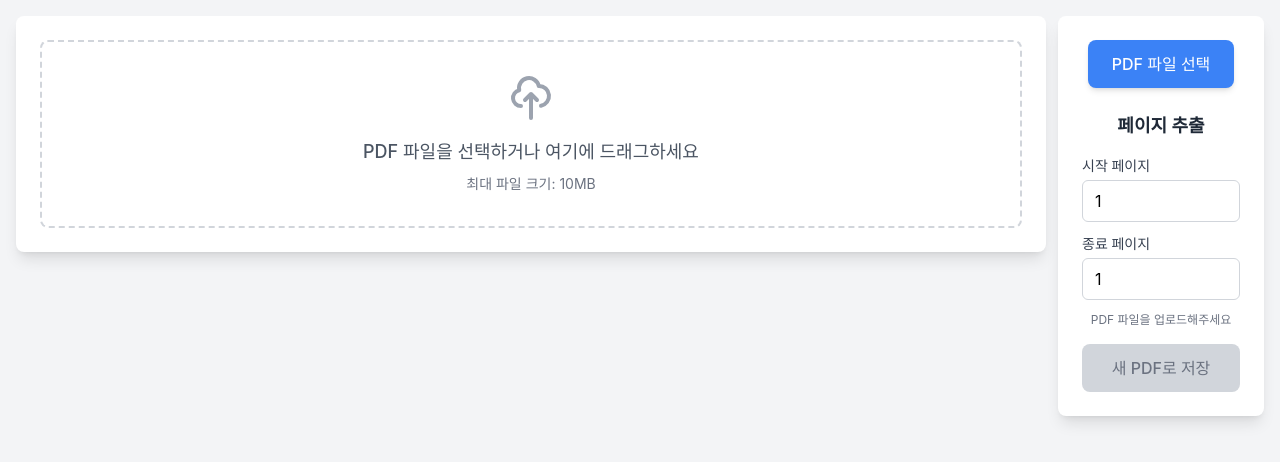
Repository: orcaCrew/PDF-Handler
Page: /
The author's editor kept a copy of each file at every save. The page is drawn from the files as they stood at one save, then again after the next save.
The browser window is 1280 px wide. The pictures show the whole page.
The project was rebuilt for these pictures with package versions that can differ from the ones it lists, and the page was loaded fresh each time.

Above is the page before, as saved 2025-07-21 13:41:04.

After the next save:
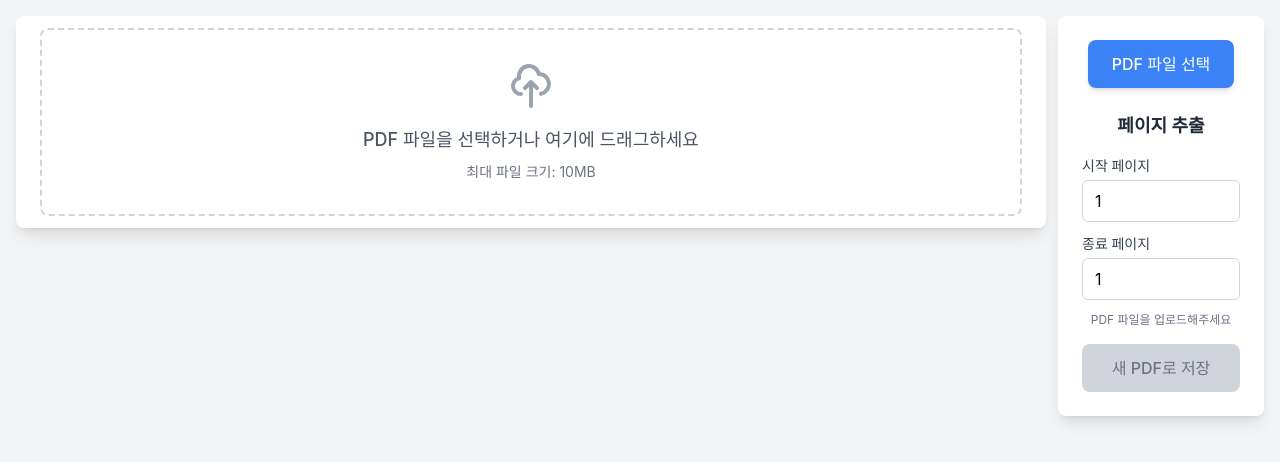
Saved 9 s later.
--- a/src/App.js
+++ b/src/App.js
@@ -158,7 +158,7 @@ function App() {
         <div className="flex flex-col lg:flex-row gap-3">
           {/* 페이지 리스트와 미리보기 영역 */}
           <div className="lg:w-5/6">
-            <div className="bg-white rounded-lg shadow-lg p-6">
+            <div className="bg-white rounded-lg shadow-lg px-6 py-3">
               {file ? (
                 <div className="space-y-6">
                   <div className="flex items-center justify-between">
